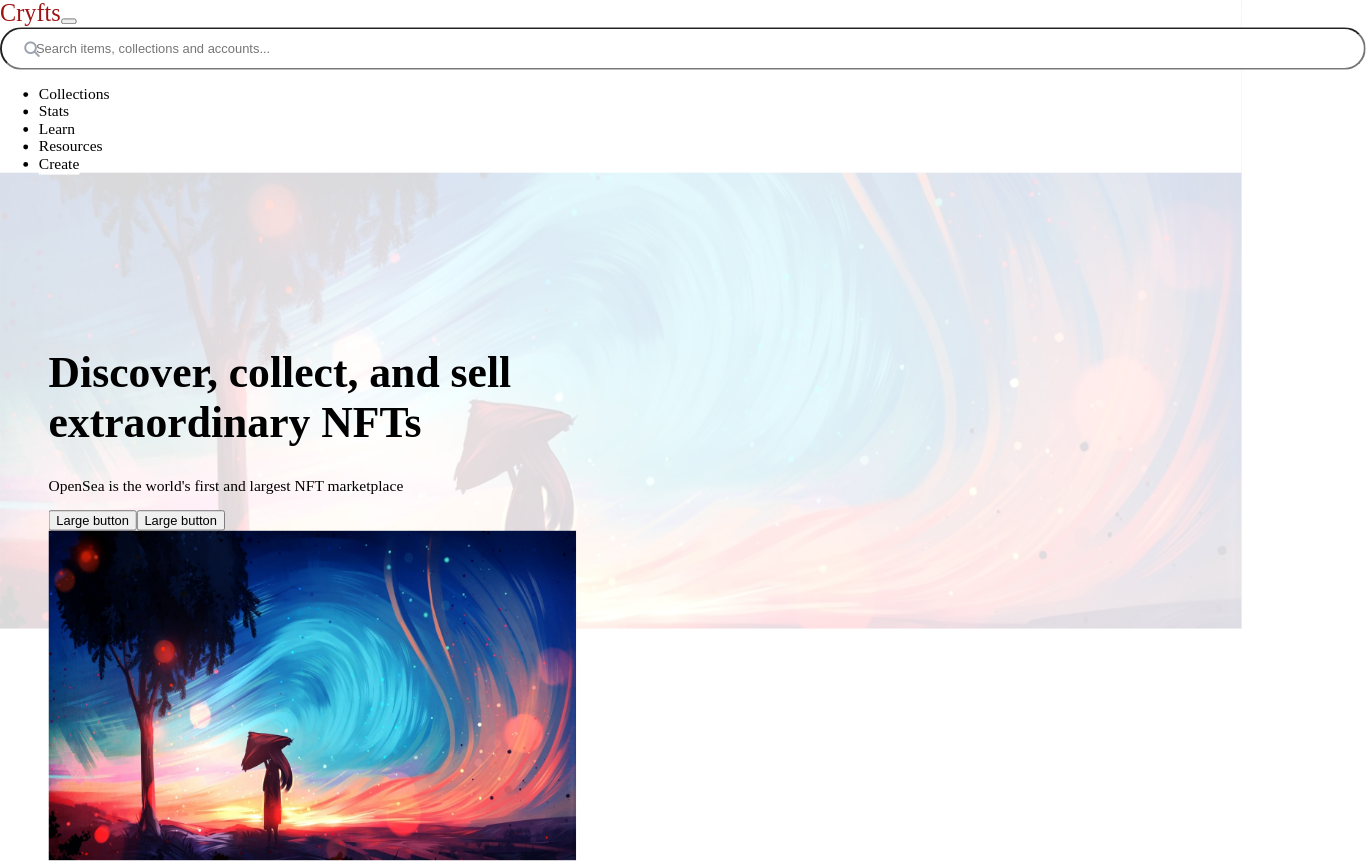
Repository: Huzaifa-2609/opensea_project
Page: /
An editor plug-in stored every save of this project. The page is shown before and after the next save, followed by the edit.
The browser window is 1280 px wide. The page is 1408 px wide, so the pictures cover 1408 px, including what lies to the right of the window. The pictures show the whole page, at 97% of full size.
Some web libraries are served in a nearby version. The project was rebuilt for these pictures with package versions that can differ from the ones it lists, and the page was loaded fresh each time. The framework's server and built-in components were replaced by stand-ins that run in the browser. Also part of the build but not shown: next.config.js, styles/Home.module.css.

Above is the page before, as saved 2022-07-09 19:06:53.

### pages/_app.js
import Navbar from '../components/Navbar'
import '../styles/globals.css'
import Head from "next/head"
import Script from 'next/script'
import "../styles/hero.css"
function MyApp({ Component, pageProps }) {
  return(
    <>
    <Script src="https://kit.fontawesome.com/30bda3e318.js" crossorigin="anonymous"></Script>
    <Script src="https://cdn.jsdelivr.net/npm/bootstrap@5.2.0-beta1/dist/js/bootstrap.bundle.min.js" integrity="sha384-pprn3073KE6tl6bjs2QrFaJGz5/SUsLqktiwsUTF55Jfv3qYSDhgCecCxMW52nD2" crossOrigin="anonymous"></Script>
    <Navbar title={"Cryfts"}/>
  <Component {...pageProps} />
  </>
  )
}

export default MyApp

### pages/_document.js
import { Html, Head, Main, NextScript } from 'next/document'

export default function Document() {
  return (
    <Html>
      <Head>
      <link href="https://cdn.jsdelivr.net/npm/bootstrap@5.2.0-beta1/dist/css/bootstrap.min.css" rel="stylesheet" integrity="sha384-0evHe/X+R7YkIZDRvuzKMRqM+OrBnVFBL6DOitfPri4tjfHxaWutUpFmBp4vmVor" crossOrigin="anonymous"/>
      </Head>
      <body>
        <Main />
        <NextScript />
      </body>
    </Html>
  )
}

### pages/index.js
import Head from 'next/head'
import Image from 'next/image'
import Hero from '../components/Hero'
import styles from '../styles/Home.module.css'

export default function Home() {
  return (
    <>
    <div>
      <Head>
        <title>Create Next App</title>
        <meta name="description" content="Generated by create next app" />
        <link rel="icon" href="/favicon.ico" />
      </Head>
         </div>
      <Hero/>
      </>
  )
}

### components/Navbar.js
import React from 'react'
import Link from 'next/link'
import { useRouter } from 'next/router'
const Navbar = (props) => {
  const location=useRouter();
  return (
    <div>
      <nav className="navbar shadow-sm fixed-top navbar-expand-lg navbar-light">
  <div className="container-fluid">
    <a className="navbar-brand text-color fw-bolder ml-2" href="/">{props.title}</a>
    <button className="navbar-toggler" type="button" data-bs-toggle="collapse" data-bs-target="#navbarSupportedContent" aria-controls="navbarSupportedContent" aria-expanded="false" aria-label="Toggle navigation">
      <span className="navbar-toggler-icon"></span>
    </button>

    <div className="collapse navbar-collapse" style={{width:"50%"}} id="navbarSupportedContent">

            <div className="row height d-flex justify-content-center align-items-center">

                <div className="form">
                  <i className="fa fa-search"></i>
                  <input type="text" className="form-control form-input" placeholder="Search items, collections and accounts..."/>
                </div>

            </div>


      <ul className="navbar-nav gap-4 m-auto mb-2 mb-lg-0 fw-bold" style={location.pathname==="/signup"?{visibility:"hidden"}:{}}>
      <li className="nav-item">
          <Link href="/collections/0x7132e1d414161A232c2027aE6C66D7914649bA66"><a className="nav-link " aria-current="page" >Collections</a></Link>
        </li>
        <li className="nav-item">
          <Link href="/"><a className="nav-link" aria-current="page" >Stats</a></Link>
        </li>
        <li className="nav-item">
          <Link href="/"><a className="nav-link " >Learn</a></Link>
        </li>

        <li className="nav-item dropdown">
          <Link href="/"><a className="nav-link dropdown-toggle pe-none"  id="navbarDropdown" role="button" data-bs-toggle="dropdown" aria-expanded="false">
            Resources
          </a></Link>
          <ul className="dropdown-menu" aria-labelledby="navbarDropdown">
            <li><Link href="/"><a className="dropdown-item" >Action</a></Link></li>
            <li><Link href="/"><a className="dropdown-item" >Another action</a></Link></li>
            <li><hr className="dropdown-divider"/></li>
            <li><Link href="/"><a className="dropdown-item" >Something else here</a></Link></li>
          </ul>
        </li>
        <li className="nav-item">
          <Link  href="/"><a className="nav-link">Create</a></Link>
        </li>
      </ul >
      {/* <form className="d-flex" role="search">
        <ul className="navbar-nav gap-3 media" style={location.pathname==="/signup"?{display:"none"}:{}}>
      <li className="nav-item float-right">
          <Link href="/login"><a className="nav-link"  >Sign in</a></Link>
    </li>
      <li className="nav-item mx-2">
    <Link href='/signup'><a className="btn btn1 btn-primary bd-color bg-color"  style={location.pathname==="/signup"?{display:"none"}:{}} type="submit">Get Started</a></Link>
    </li>
        </ul>
      </form> */}
    </div>
  </div>
</nav>
    </div>
  )
}

export default Navbar

### styles/globals.css
:root {
  --light: #9f1313;
  --dark: #8d1212;
}
html,
body {
  padding: 0;
  margin: 0;
  /* font-family: -apple-system, BlinkMacSystemFont, Segoe UI, Roboto, Oxygen,
    Ubuntu, Cantarell, Fira Sans, Droid Sans, Helvetica Neue, sans-serif; */
}

a {
  color: inherit;
  text-decoration: none;
}

* {
  box-sizing: border-box;
}
@media all and (min-width: 992px) {
  .navbar .nav-item .dropdown-menu{ display: none; }
  .navbar .nav-item .nav-link{ border-bottom:3px solid white;  }
  .navbar .nav-item:hover .nav-link{ border-bottom:3px solid var(--light);  }
  .navbar .nav-item:hover .dropdown-menu{ display: block; }
  .navbar .nav-item .dropdown-menu{ margin-top:0; }


}
@media all and (max-width: 992px){
  .pic{display: none;}
  .signup-cls{   margin-top: 15% !important;}
  .signin-cls .card{border:none; box-shadow: none !important;}
  .media{display: none;}
  .empass{flex-direction: column ;}
}

nav {
  /* border-bottom:1px solid #ede4e4; */
  background-color: white;
}
.comp1{
  width: 22rem;
  border: none;

}
.comp{
  margin: 90px 0px;
}
.text-color{
  color: var(--dark);
}
.bg-color{
  background-color: var(--dark);
}
.btn1:hover{
  background-color: var(--light);
  border-color: var(--dark);

}
.bd-color{
  border-color: var(--dark);
}
.navbar-light .navbar-brand{
  color: var(--dark);
}
.navbar-light .navbar-brand:hover{
  color: var(--light);
}
.navbar-brand{
  font-size: 25px;
}
.link-hover :hover{
  color: var(--dark);
}
.form-check-label-color{
  color: var(--dark);
}
.form-outline{
  width: 75%!important;
}
.form-control:focus {
  border-color: #ced4da;
  box-shadow: none!important;
}

/* Navbar search css */
.form{
  position: relative;

}

.form .fa-search{

  position: absolute;
  top:15px;
  left: 25px;
  color: #9ca3af;

}

.form span{

  position: absolute;
  right: 17px;
  top: 13px;
  padding: 2px;
  border-left: 1px solid #d1d5db;

}

.left-pan{
  padding-left: 7px;
}

.left-pan i{

 padding-left: 10px;
}

.form-input{
  width: 220%;
  height: 44px;
  text-indent: 33px;
  border-radius: 40px;
}

.form-input:focus{

  box-shadow: none;
  border:none;
}

### styles/hero.css
/* .body{
} */
/* .bg{
    background: url("../public/nftbg.jpg") no-repeat center center/cover;
} */
.bg::before{
    content: "";
    background:url("../public/nftbg.jpg") no-repeat center center/cover;
    position: absolute;
    height:90%;
    width:100%;
    z-index: -1;
    opacity: 0.15;
    top: 0px;
    left: 0px;
}

### components/Hero.js
import React from "react";
import Image from "next/image";
import img from "../public/nftbg.jpg";

const Hero = () => {
  const style = {
    marginTop: "100px",
    height: "70vh",
    padding: "50px",
  };
  return (
    <>
      <div
        className=" d-flex justify-content-between bg align-items-center "
        style={style}
      >
        <div
          className="card mb-3 border-0 bg-transparent"
          style={{ width: "34rem" }}
        >
          <div className="card-body">
            <h1 className="card-title " style={{ fontSize: "45px" }}>
              Discover, collect, and sell extraordinary NFTs
            </h1>
            <p className="card-subtitle text-muted mt-3 fs-3">
              OpenSea is the world's first and largest NFT marketplace
            </p>
          </div>
          <div className="d-flex gap-3">
          <button type="button" class="btn btn-primary btn-lg">
            Large button
          </button>
          <button type="button" class="btn btn-secondary btn-lg">
            Large button
          </button>
          </div>
        </div>
        <div className="card mb-3 border-0 " style={{ width: "34rem" }}>
          <Image
            src={img}
            className="card-img-top"
            alt="..."
            style={{ height: "34rem" }}
          />
          {/* <div className="card-body">
            <h1 className="card-title">Discover, collect, and sell extraordinary NFTs</h1>
            <h3 className="card-subtitle text-muted mt-3">
            OpenSea is the world's first and largest NFT marketplace
            </h3>
          </div> */}
        </div>
      </div>
    </>
  );
};

export default Hero;

After the next save:
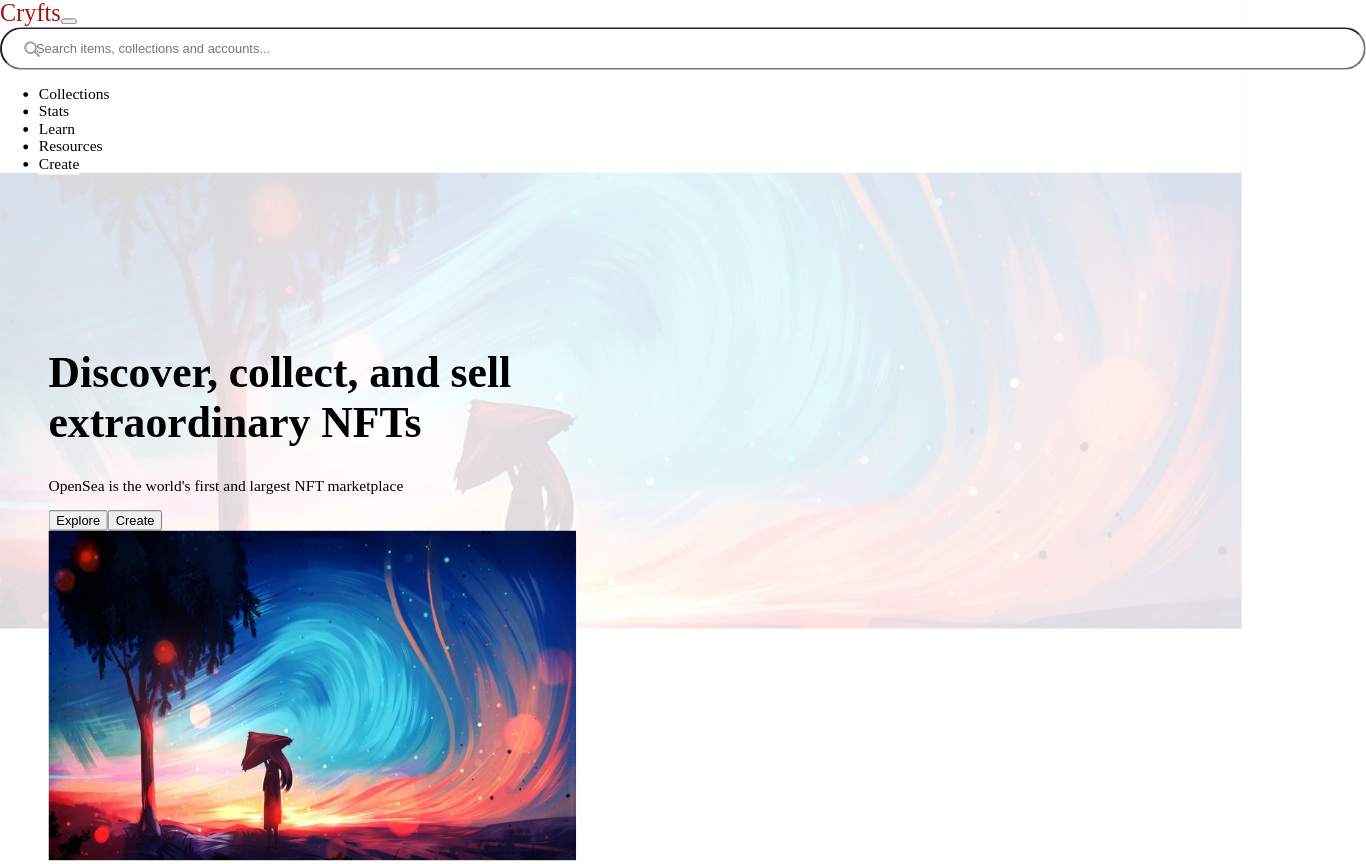
Saved 49 s later.
--- a/components/Hero.js
+++ b/components/Hero.js
@@ -28,10 +28,10 @@ const Hero = () => {
           </div>
           <div className="d-flex gap-3">
           <button type="button" class="btn btn-primary btn-lg">
-            Large button
+            Explore
           </button>
           <button type="button" class="btn btn-secondary btn-lg">
-            Large button
+            Create
           </button>
           </div>
         </div>
